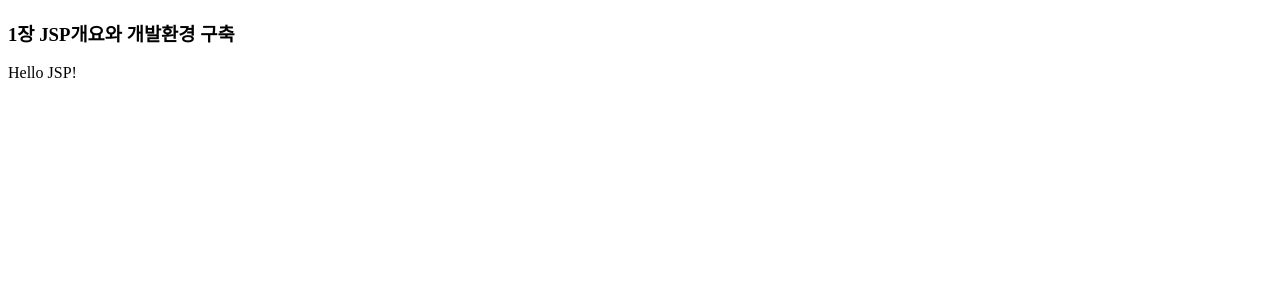
Repository: cms8474/JSP
Page: http://localhost/ch01/hello.jsp
The author's editor kept a copy of each file at every save. The page is drawn from the files as they stood at one save, then again after the next save.
The browser window is 1280 px wide. The pictures show the whole page.
The page is served by Tomcat 9.

Above is the page before, as saved 2025-07-28 00:35:40.

After the next save:
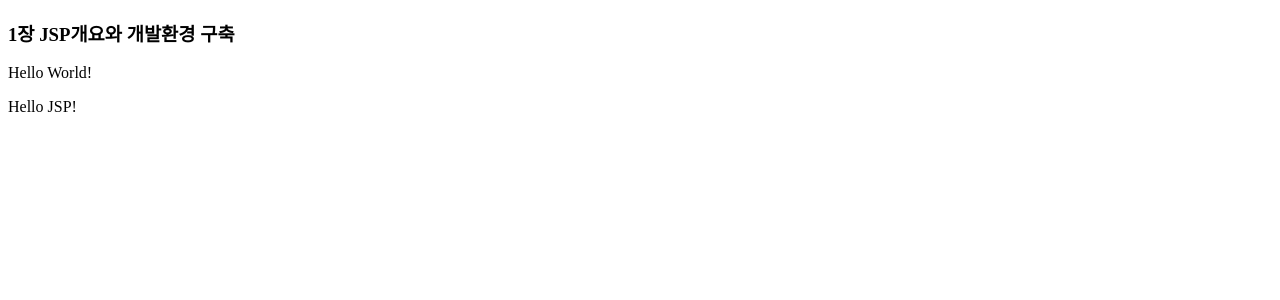
Saved 5 min 3 s later.
--- a/ch01/src/main/webapp/hello.jsp
+++ b/ch01/src/main/webapp/hello.jsp
@@ -13,6 +13,7 @@
 	<body>
 
 		<h3>1장 JSP개요와 개발환경 구축</h3>
+		<p>Hello World!</p>
 		<p>Hello JSP!</p>
 
 
